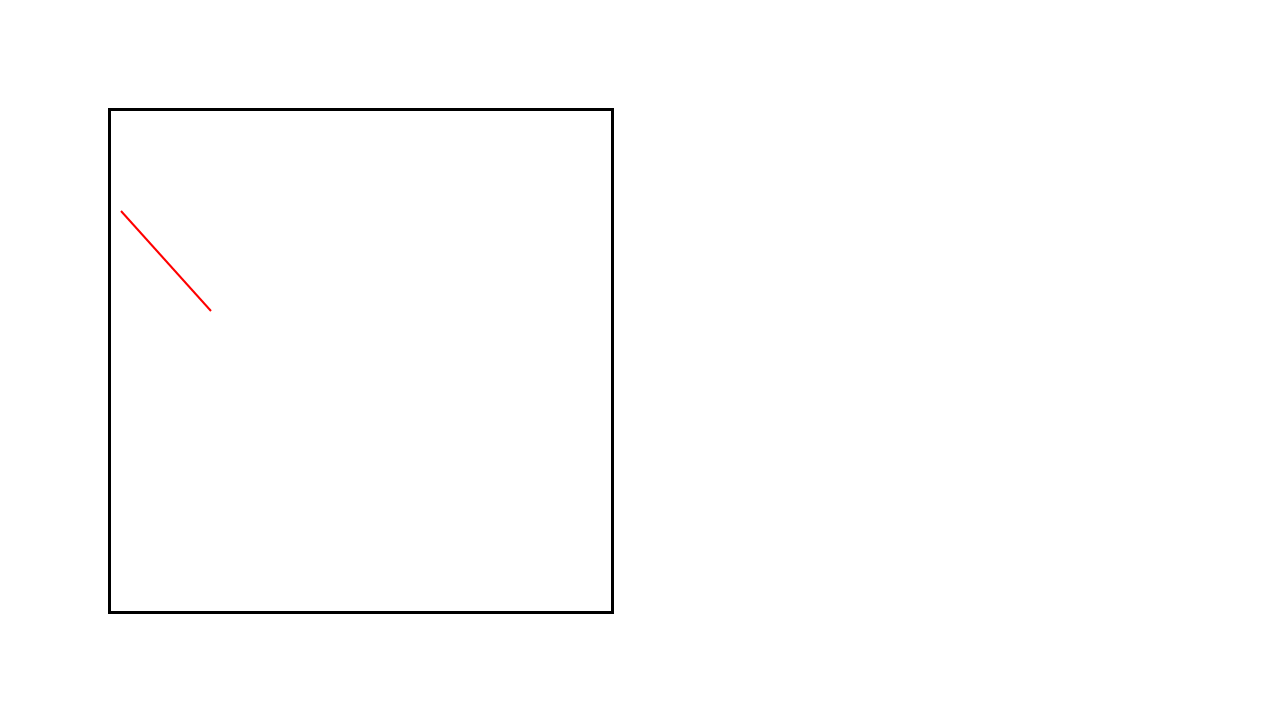
Repository: MagedElRefaey/Audio-Player-Project
Page: Thumbnail/Task2.html
The author's editor kept a copy of each file at every save. The page is drawn from the files as they stood at one save, then again after the next save.
The browser window is 1280 px wide. The pictures show the whole page.

Above is the page before, as saved 2024-09-11 22:05:40.

After the next save:
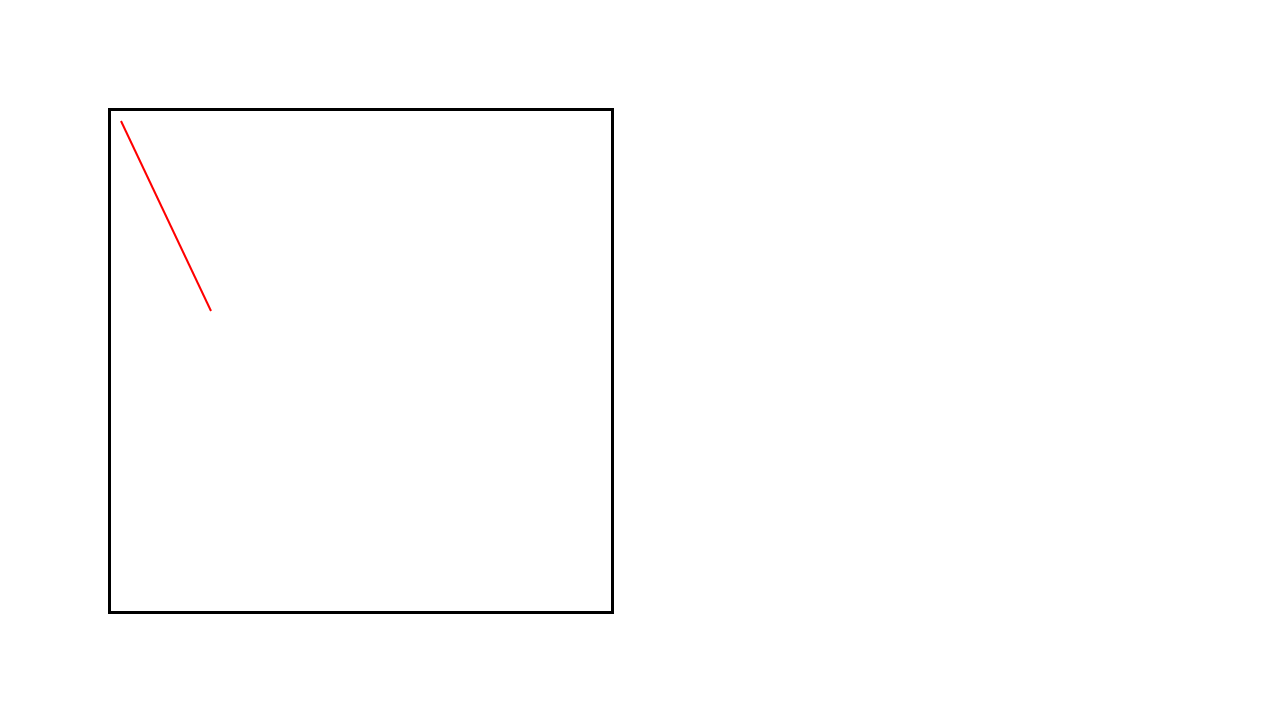
Saved 73 s later.
--- a/Thumbnail/Task2.js
+++ b/Thumbnail/Task2.js
@@ -5,7 +5,7 @@
 ctx.lineWidth = 2;
 ctx.strokeStyle = "red";
 ctx.beginPath();
-ctx.moveTo(10,100);
+ctx.moveTo(10,10);
 ctx.lineTo(100,200)
 // ctx.moveTo(100,20);
 // ctx.lineTo(200,160)
